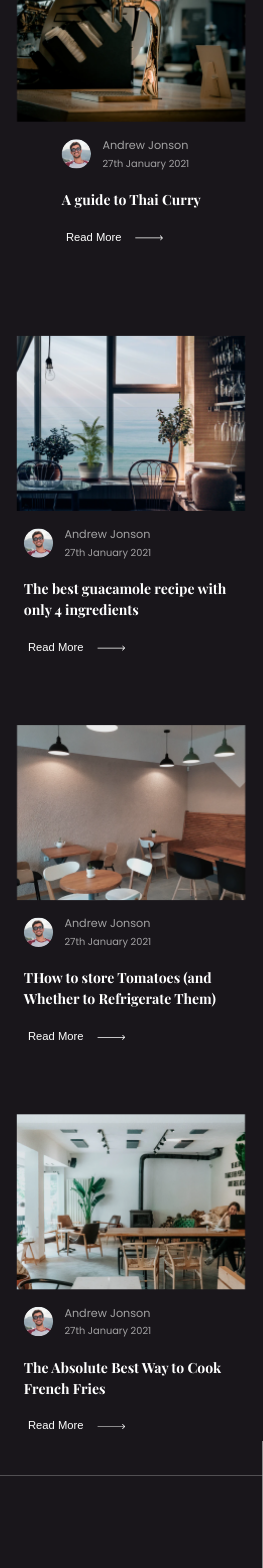
Repository: Minns-Cao/project-finsweet
Page: blog.html
An editor plug-in stored every save of this project. The page is shown before and after the next save, followed by the edit.
The browser window is 375 px wide. The pictures show the part of the page from y = 2297 to 4537 px (the page is 5871 px tall), at 70% of full size.
Some web fonts or font styles are not loaded; a fallback is used.

Above is the page before, as saved 2023-05-05 10:45:24.

After the next save:
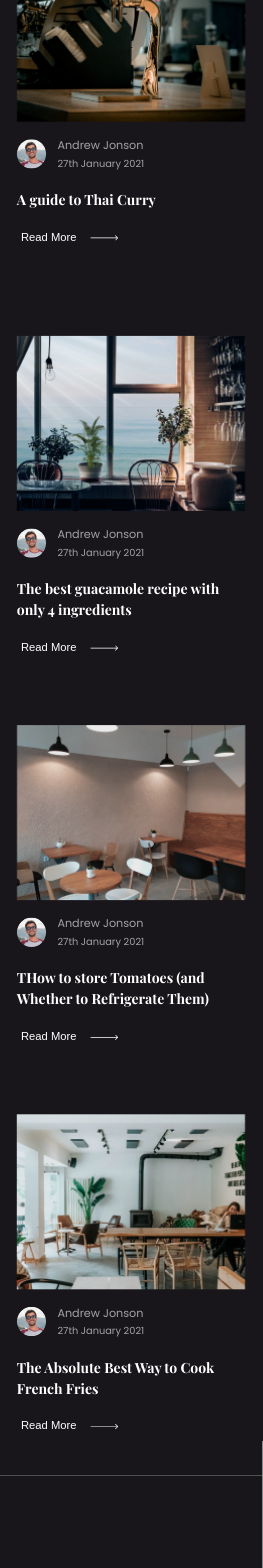
Saved 42 s later.
--- a/assets/css/style_blog.css
+++ b/assets/css/style_blog.css
@@ -322,7 +322,6 @@
     .articles .item .container {
         padding: 0;
         padding-top: 20px;
-        margin-left: auto;
-        margin-right: auto;
-    }
-}
+
+    }
+}
